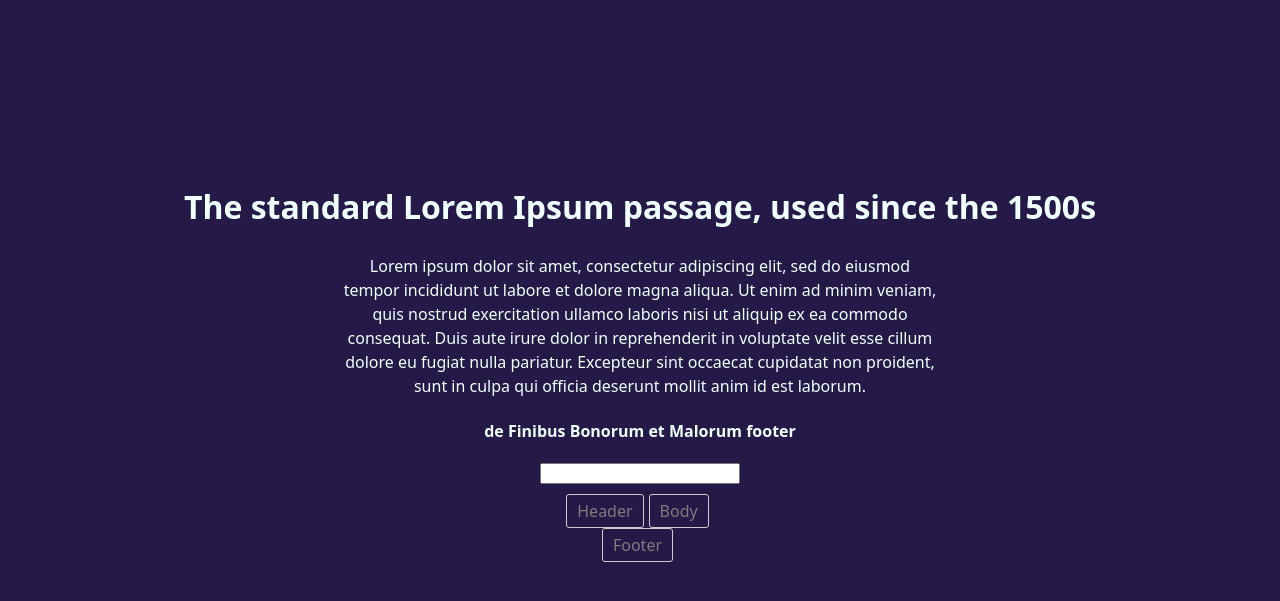
Repository: Freezler/AnnounceCraft
Page: index.html
These files come from the project's save history. The page is drawn as it stood at one moment and after a run of saves; the edit follows.
The browser window is 1280 px wide. The pictures show the whole page.

Above is the page before, as saved 2024-01-21 10:23:34.

### index.html
<!DOCTYPE html>
<html lang="en">

<head>
	<meta charset="UTF-8" />
	<meta name="viewport" content="width=device-width, initial-scale=1.0" />
	<title>Shopping List App</title>
	<link rel="stylesheet" href="style.css" />
</head>

<body>

	<section id="shopping-list">
		<h1>{{ header }}</h1>
		<p>{{ body }}</p>
		<h4>{{ footer }}</h4>
		<div class="choice-box">
			<input v-model="selectedText" type="text" />
			<div class="radio-container">
				<input type="radio" id="header" value="Header" v-model="selectedType" @change="updateText">
				<label for="header">Header</label>
				<input type="radio" id="body" value="Body" v-model="selectedType" @change="updateText">
				<label for="body">Body</label>
				<input type="radio" id="footer" value="Footer" v-model="selectedType" @change="updateText">
				<label for="footer">Footer</label>
			</div>
		</div>

	</section>
	<script src="https:unpkg.com/vue@3"></script>
	<script>
		const shoppingList = Vue.createApp({
			data() {
				return {
					header: "The standard Lorem Ipsum passage, used since the 1500s",
					body: "Lorem ipsum dolor sit amet, consectetur adipiscing elit, sed do eiusmod tempor incididunt ut labore et dolore magna aliqua. Ut enim ad minim veniam, quis nostrud exercitation ullamco laboris nisi ut aliquip ex ea commodo consequat. Duis aute irure dolor in reprehenderit in voluptate velit esse cillum dolore eu fugiat nulla pariatur. Excepteur sint occaecat cupidatat non proident, sunt in culpa qui officia deserunt mollit anim id est laborum.",
					footer: "de Finibus Bonorum et Malorum footer",
					selectedText: "",
					selectedType: "" // Set initial value to Header
				};
			},
			methods: {
				updateText() {
					switch (this.selectedType) {
						case "Header":
							this.header = this.selectedText;
							break;
						case "Body":
							this.body = this.selectedText;
							break;
						case "Footer":
							this.footer = this.selectedText;
							break;
					}
				}
			}
		}).mount("#shopping-list");
	</script>
</body>

</html>

### style.css
body {
    margin: 0;
    padding: 0;
    font-family: system-ui, -apple-system, BlinkMacSystemFont, 'Segoe UI', Roboto, Oxygen, Ubuntu, Cantarell, 'Open Sans', 'Helvetica Neue', sans-serif;
    background-color: hsla(255, 100%, 10%, 0.9);
    color: azure;
    text-align: center;
    height: 100vh;
    display: flex;
    flex-direction: column;
    justify-content: center;
    align-items: center;
}

h1 {
    font-size: 2rem;
}

h1:hover {

    transform: scale(1.5);
    color: hsla(66, 80%, 50%, 0.9);
    transition: all 5s cubic-bezier(0.215, 0.610, 0.355, 1);
}
p {
    font-size: 1rem;
    width: 65ch;
    line-height: 1.5;
    margin: 0 auto;
}
label {
    display: block;
    color: #7d7d7d;
  }

  .radio-container input[type="radio"] {
    display: none;
}

.radio-container input[type="radio"] + label {
    display: inline-block;
    padding: 5px 10px;
    border: 1px solid #ccc;
    border-radius: 3px;
    margin-right: 5px;
    cursor: pointer;
}

.radio-container input[type="radio"]:checked + label {
    background-color: #e0e0e0;
}

.choice-box {
    display: flex;
    flex-direction: column;
    gap: 10px;
    justify-content: center;
    break-before: always;
    margin: 0 auto;
    width: 200px;
}

After the next 2 saves:
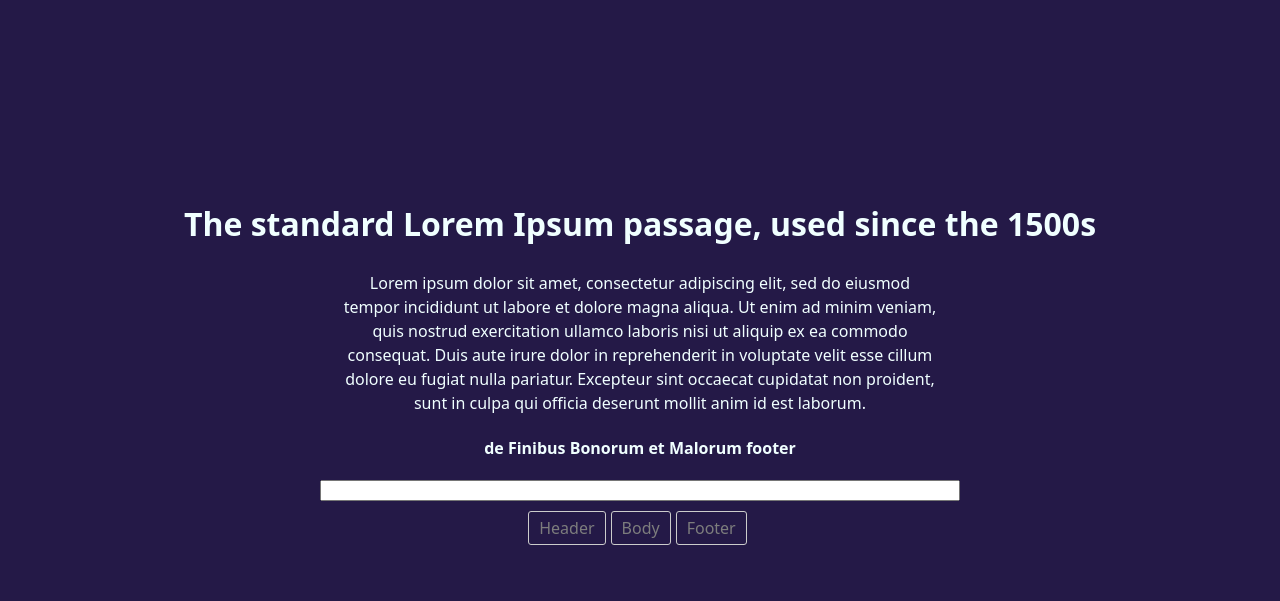
The 2 saves are shown as one change because they came seconds apart.
The last was saved 10 s later.
--- a/style.css
+++ b/style.css
@@ -57,5 +57,5 @@
     justify-content: center;
     break-before: always;
     margin: 0 auto;
-    width: 200px;
+    width: 50vw;
 }
